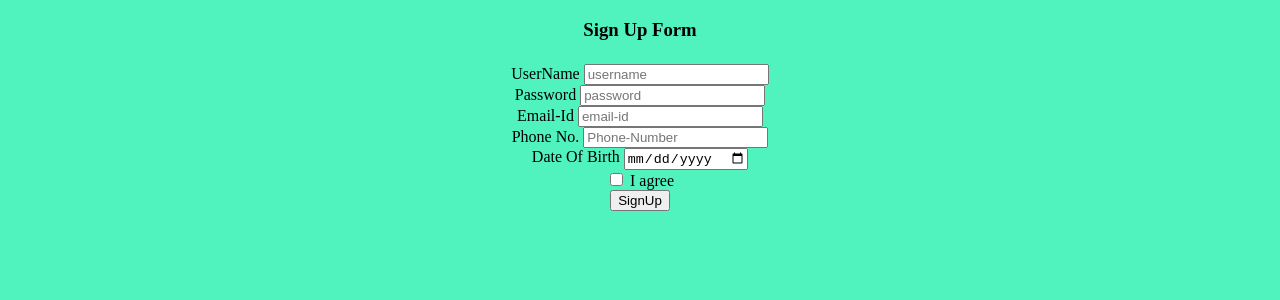
Repository: nir-github01/Html
Page: assign1-signup.html
The author's editor kept a copy of each file at every save. The page is drawn from the files as they stood at one save, then again after the next save.
The browser window is 1280 px wide. The pictures show the whole page.

Above is the page before, as saved 2022-09-28 20:18:46.

After the next save:
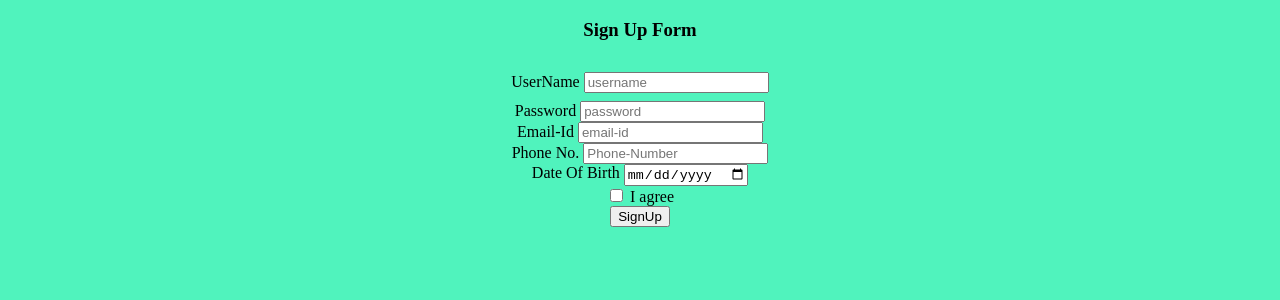
Saved 40 s later.
--- a/assign1-signup.html
+++ b/assign1-signup.html
@@ -11,6 +11,10 @@
             text-align: center;
         }
         .signup-div{
+            padding: 5px;
+            margin: 3px;
+        }
+        .username{
             padding: 5px;
             margin: 3px;
         }
